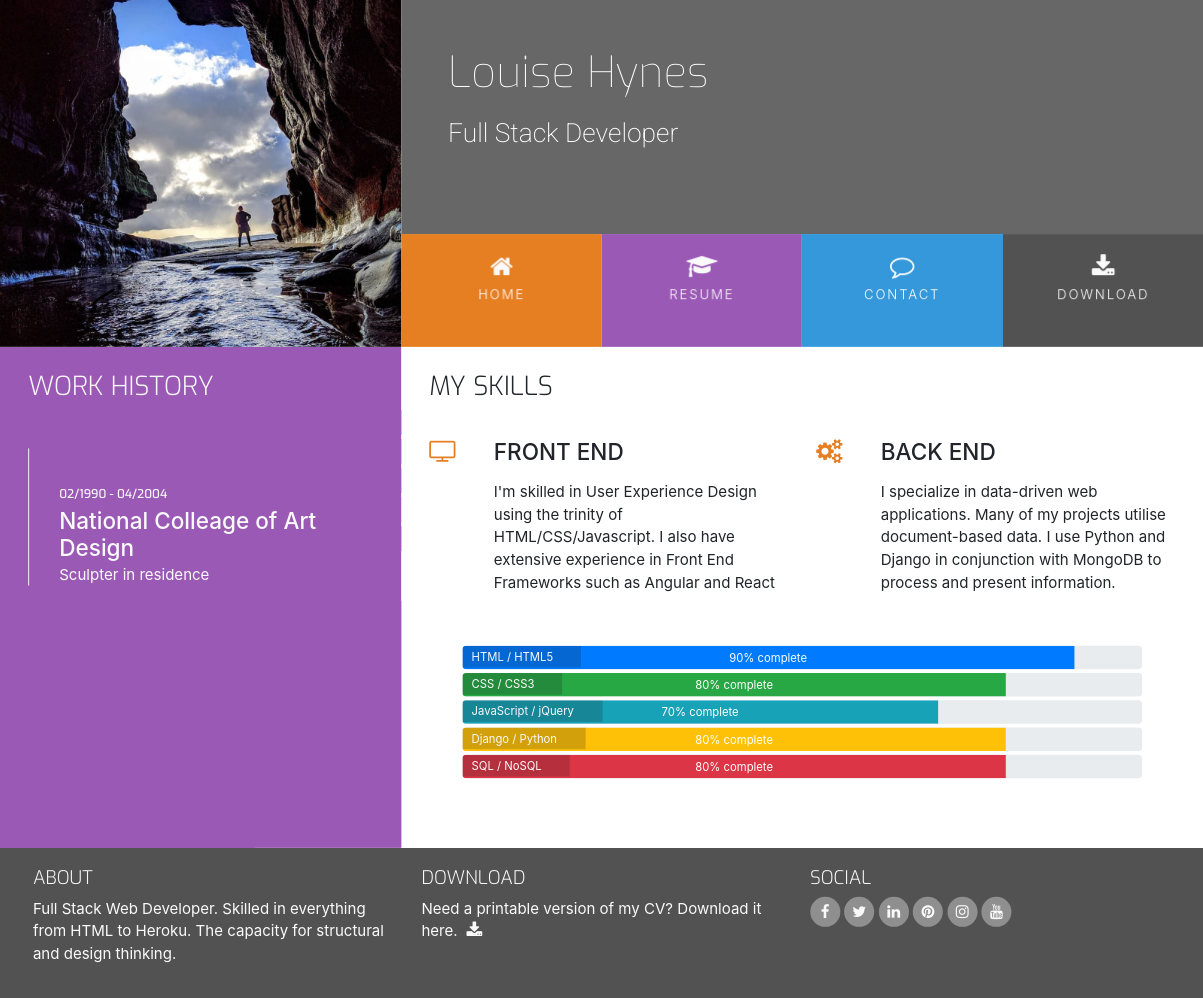
Repository: lhynes/Mini-Project-Resume
Page: resume.html
The author's editor kept a record of every edit. The page is drawn from the files as they stood at one moment, then again after the next edit.
The browser window is 1280 px wide. The pictures show the whole page, at 94% of full size.

Above is the page before.

After the next edit:
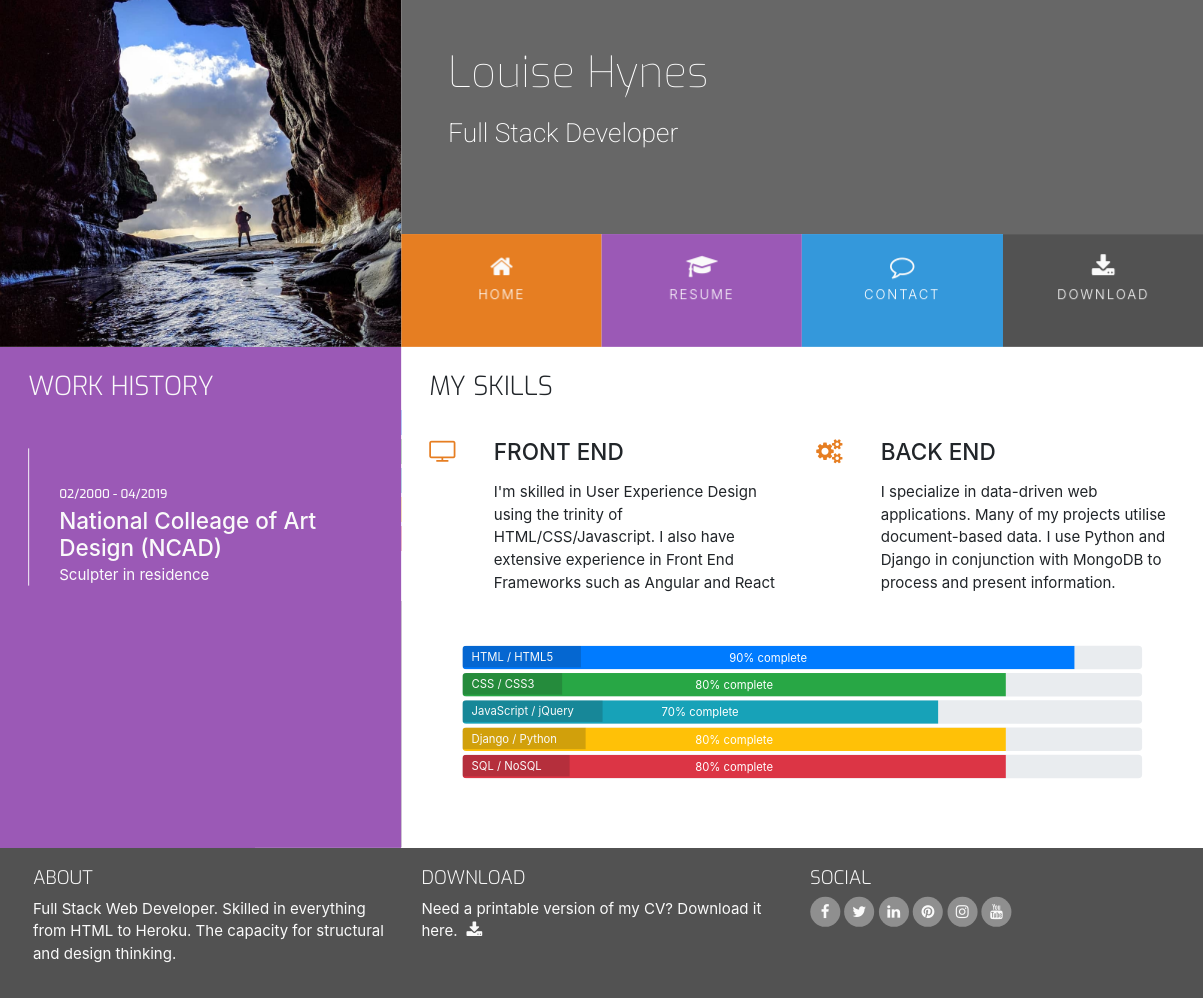
The edit:
--- a/resume.html
+++ b/resume.html
@@ -64,8 +64,8 @@
                         </h3>
                     </div>
                 </div>
-                <div class="timeline-item" data-dates="02/1990 - 04/2004">
-                    <h4>National Colleage of Art Design</h4>
+                <div class="timeline-item" data-dates="02/2000 - 04/2019">
+                    <h4>National Colleage of Art Design (NCAD)</h4>
                     <p>Sculpter in residence</p>
 
                 </div>
